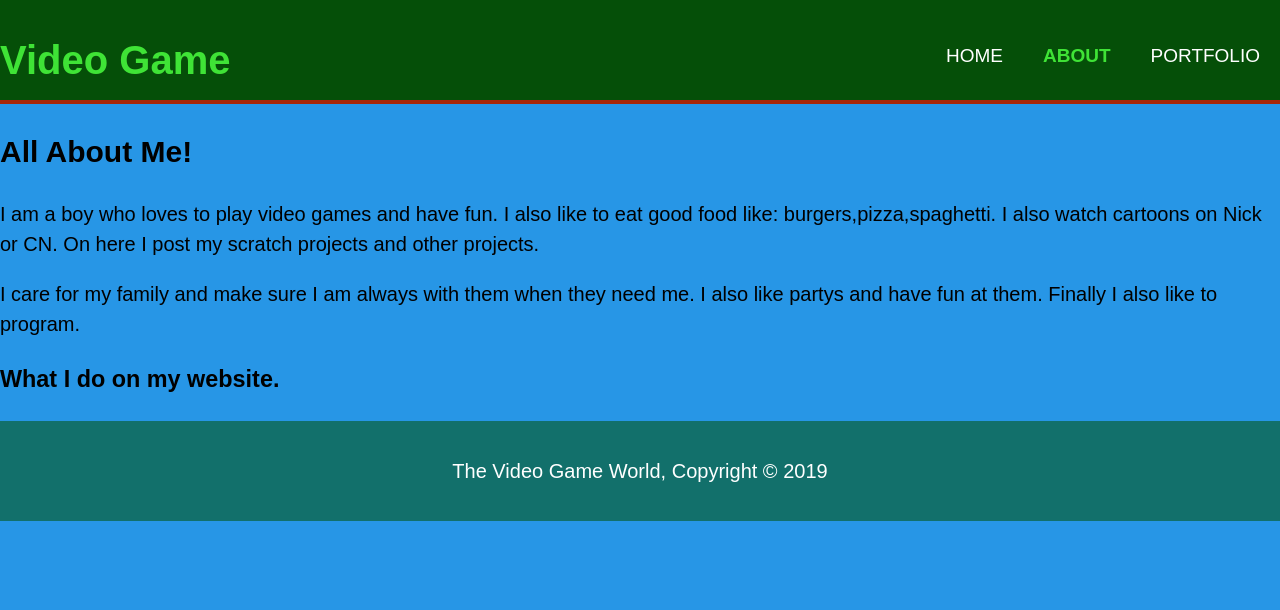
Repository: AndreeBroG/AndreeBroG.github.io
Page: about.html
The author's editor kept a record of every edit. The page is drawn from the files as they stood at one moment, then again after the next edit.
The browser window is 1280 px wide. The pictures show the whole page.

Above is the page before.

### about.html
<!Doctype Html>
<html>
  <head>
    <meta charset="utf=8">
    <meta name="viewport" content="width=device-width">

    <title>The Video Game World,About</title>
    <link rel="stylesheet" href="./Me Styles.css/My Styles.css">
    </head>
    <body>
      <header>
          <div class="container">
              <div id="branding">
                  <h1><span class="highlight">Video Game</span></h1>
              </div>
              <nav>
                 <ul>
                     <li><a href="Index.html">Home</a></li>
                     <li class="current"><a href="about.html">About</a></li>
                     <li><a href="Portfolio.html">Portfolio</a></li>
                 </ul>
              </nav>
          </div>
      </header>


             <div class="mains">
                 <article id="mains">
                   <h1 class="the title">All About Me!</h1>
                   <p> I am a boy who loves to play video games and have fun. I also like to eat good food like: burgers,pizza,spaghetti. I also watch cartoons on Nick or CN. On here I post my scratch projects and other projects.
                   </p>
                   <p> I care for my family and make sure I am always with them when they need me. I also like partys and have fun at them. Finally I also like to program.

                   </p>

                 </article>

                 <aside id="side">
                  <h3>What I do on my website.</h3>
                 </aside>



         <footer>
             <p>The Video Game World, Copyright &copy; 2019</p>
         </footer>
    </body>
    </html>

### Me Styles.css/My Styles.css
 body{
 	font-family: Arial, sans-serif;
 	font-size:20px;
 	line-height:1.5;
 	padding:0;
 	margin:0;
 	background-color:#2796e6;
 	}
  /* Global */
container{
 		width:95%;
 		margin:auto;
 		overflow:hidden;

 	}
 	ul{
 	    margin:0;
 	    padding:0;
 	}
 	header{
 		background:#054f08;
 		color:#ffffff;
 		padding-top:30px;
 		min-height:70px;
 		border-bottom:#a62607 4px solid;
 	}
 	header a{
 		color:#ffffff;
 		text-decoration:none;
 		text-transform: uppercase;
 		font-size:19px;
 	}
 	header li{
 	    float:left;
 	    display:inline;
 	    padding:0 20px 0 20px;
 	}
 	header #branding{
 	    float:left;
 	    }
 	header #branding h1{
 	    margin:0;
 	    }
 	  header nav{
 	      float:right;
 	      margin-top:10px;
 	  }
 	   header .highlight, header .current a{
 	       color:#3fe336;
 	       font-weight:bold;
 	   }
 	   header a:hover{
 	       color:#268ef0;
 	       font-weight:bold;
 	   }


 	   footer{
 	      padding:15px;
 	      margin-top:10px;
 	      color:#ffffff;
 	      background-color:#12706b;
 	      text-align:center;
 	   }

After the next edit:
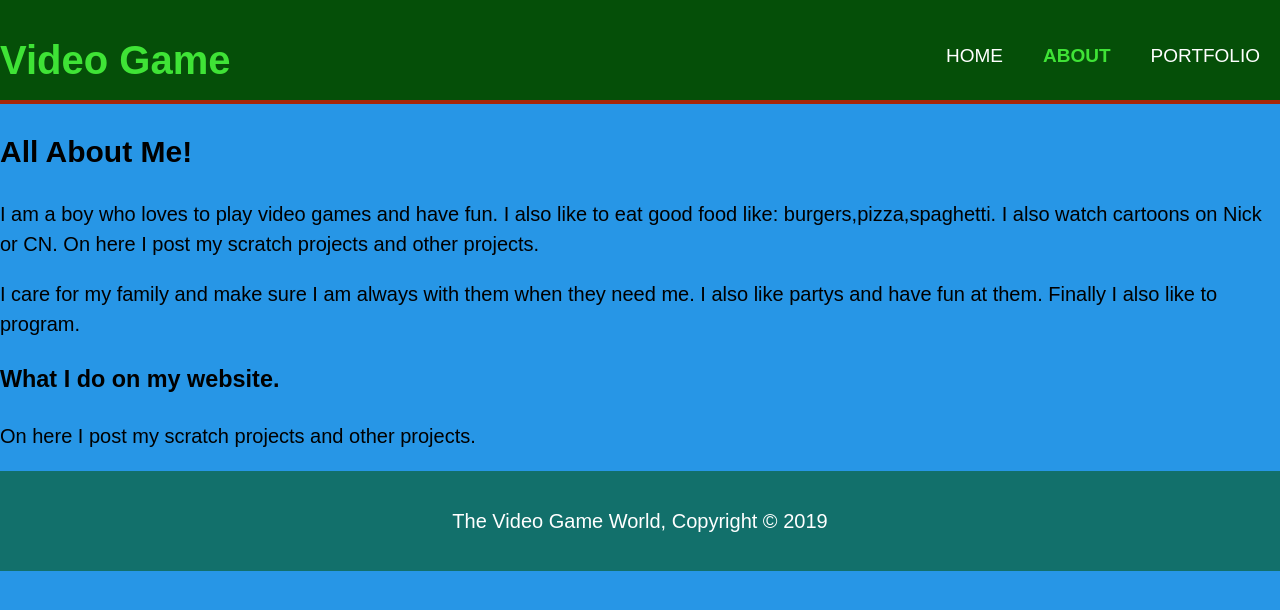
The edit:
--- a/about.html
+++ b/about.html
@@ -37,6 +37,7 @@
 
                  <aside id="side">
                   <h3>What I do on my website.</h3>
+                  <p>On here I post my scratch projects and other projects.</p>
                  </aside>
 
 
